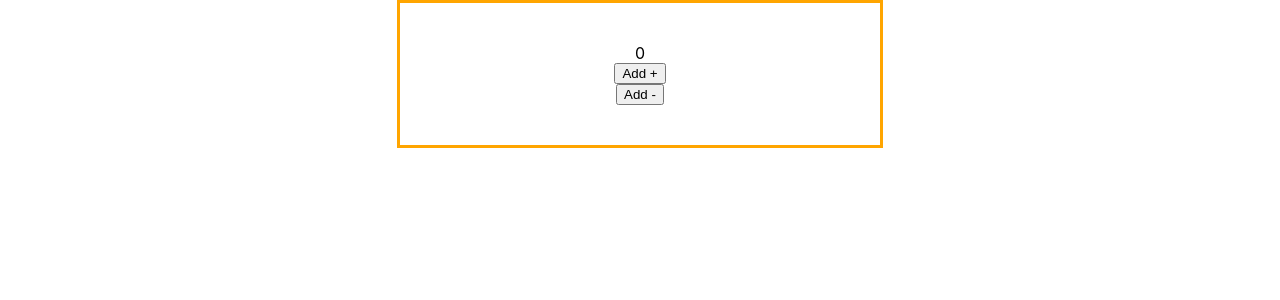
Repository: dnjfht/css-example
Page: /
An editor plug-in stored every save of this project. The page is shown before and after the next save, followed by the edit.
The browser window is 1280 px wide. The pictures show the whole page.
The project was rebuilt for these pictures with package versions that can differ from the ones it lists, and the page was loaded fresh each time.

Above is the page before, as saved 2023-05-09 18:43:52.

After the next save:
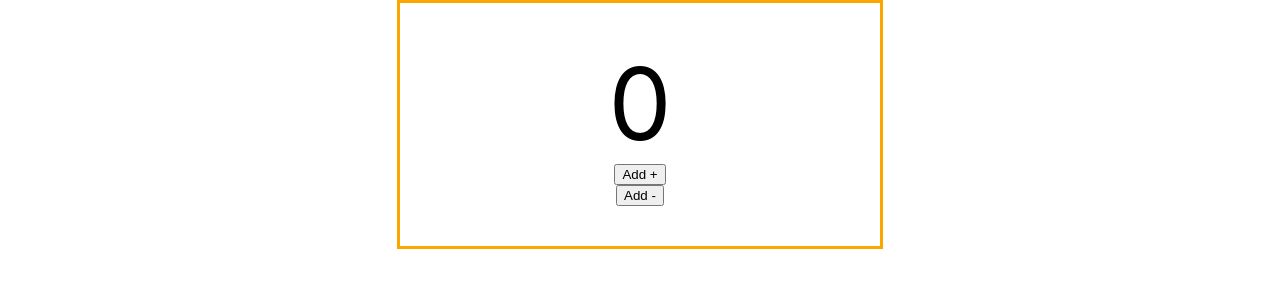
Saved 36 s later.
--- a/src/components/Counter.jsx
+++ b/src/components/Counter.jsx
@@ -21,7 +21,7 @@ export default function Counter({ count, setCount }) {
         alignItems: "center",
       }}
     >
-      <span>{count}</span>
+      <span style={{ fontSize: 100 }}>{count}</span>
       <button onClick={handleClickCountUp}>Add +</button>
       <button onClick={handleClickCountDown}>Add -</button>
     </div>
